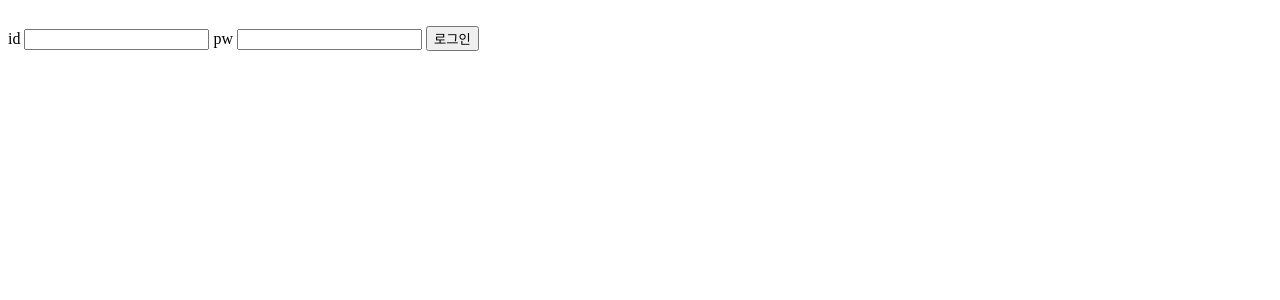
Repository: EunhaKyeong/studyRepo
Page: http://localhost/tutorial/ajax2.do
An editor plug-in stored every save of this project. The page is shown before and after the next save, followed by the edit.
The browser window is 1280 px wide. The pictures show the whole page.
The page is served by Tomcat 9.

Above is the page before, as saved 2020-12-05 16:26:44.
Console error: ReferenceError: $ is not defined

After the next save:
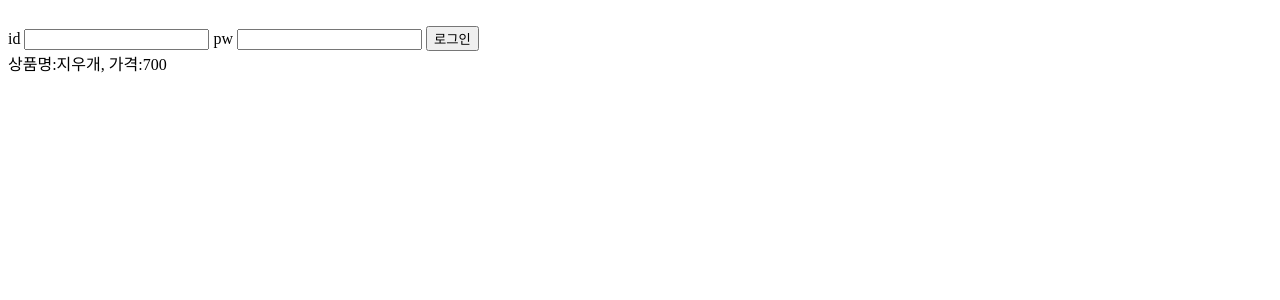
The error is gone.
Saved 48 s later.
--- a/SPRING/spring/tutorial/src/main/webapp/WEB-INF/views/test/ajax2.jsp
+++ b/SPRING/spring/tutorial/src/main/webapp/WEB-INF/views/test/ajax2.jsp
@@ -5,6 +5,7 @@
 <head>
 <meta charset="UTF-8">
 <title>Insert title here</title>
+<script src="https://code.jquery.com/jquery-3.5.1.min.js"></script>
 </head>
 <body>
 <br>
